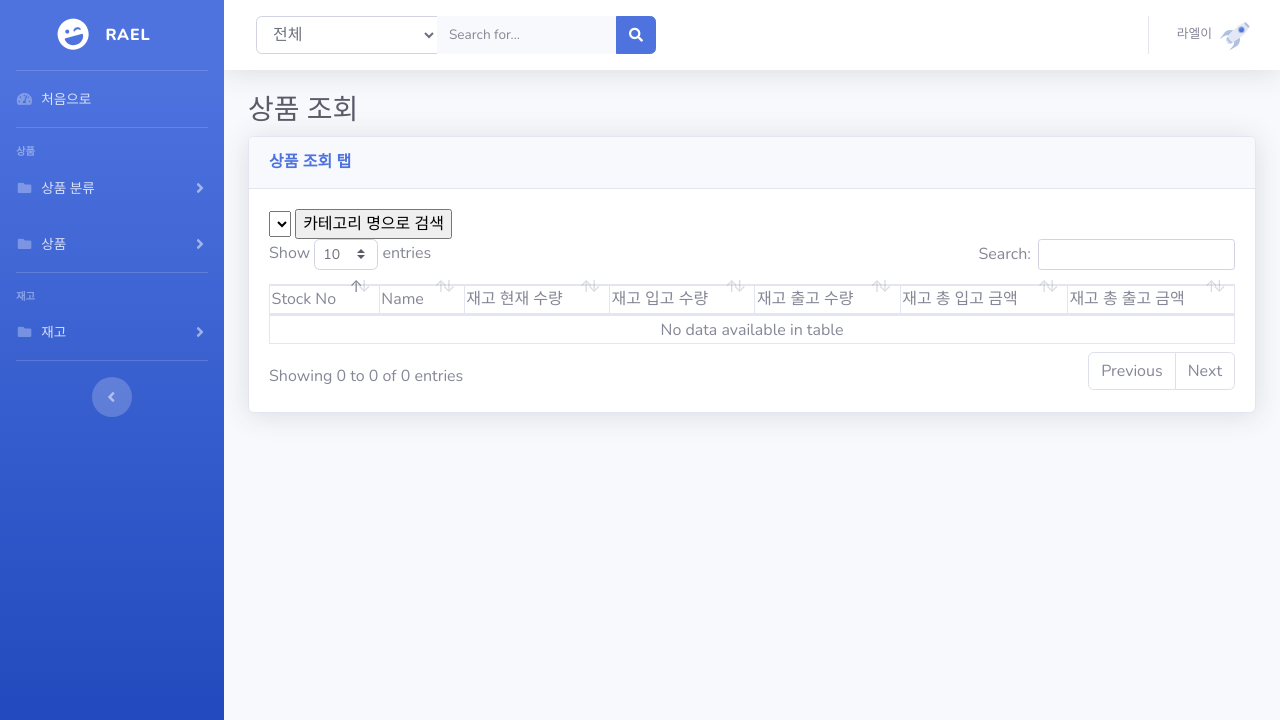
Repository: sww232/springRaelProject
Page: http://localhost/rael/WEB-INF/views/stock/stock_select.jsp
An editor plug-in stored every save of this project. The page is shown before and after the next save, followed by the edit.
The browser window is 1280 px wide. The pictures show the whole page.
The page is served by Tomcat 9. Nobody is signed in. The template is opened directly, without the code that normally fills it, so the values that code supplies are empty.

Above is the page before, as saved 2022-10-10 13:55:33.

After the next save:
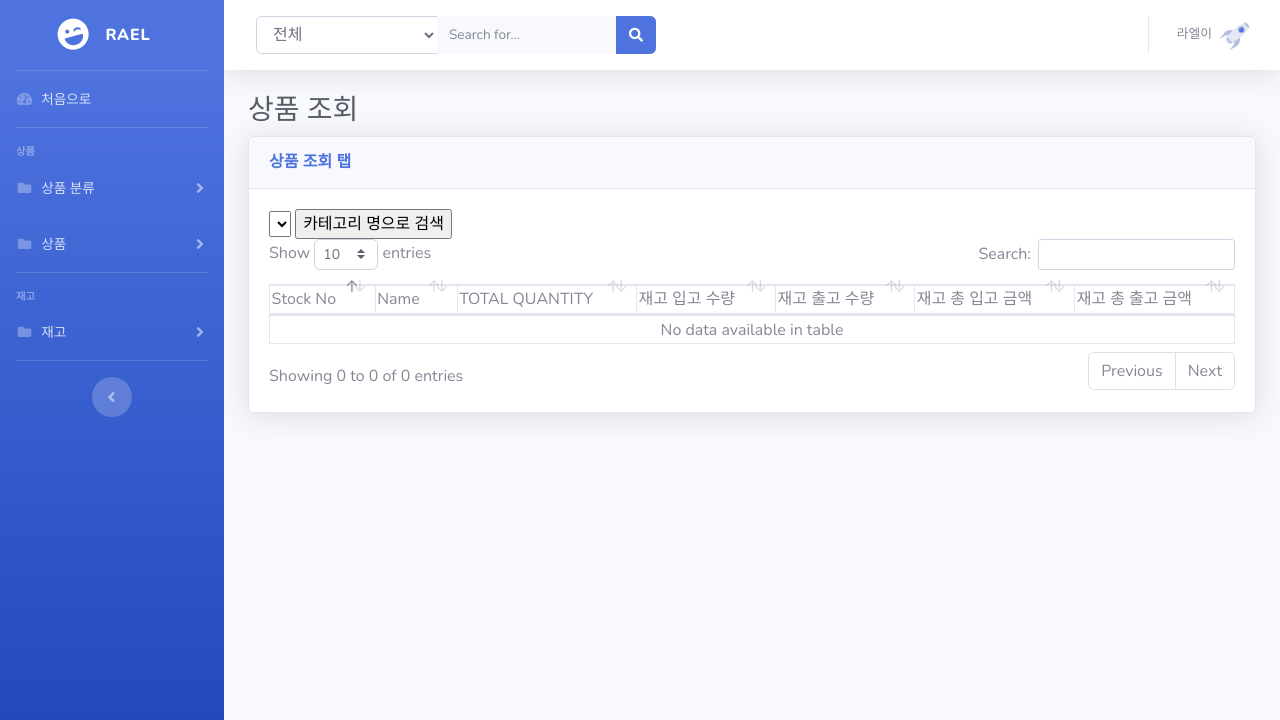
Saved 5 s later.
--- a/raelproject3/rael/src/main/webapp/WEB-INF/views/stock/stock_select.jsp
+++ b/raelproject3/rael/src/main/webapp/WEB-INF/views/stock/stock_select.jsp
@@ -291,7 +291,7 @@
 													<tr>
 														<td>Stock No</td>
 														<td>Name</td>
-														<td>재고 현재 수량</td>
+														<td>TOTAL QUANTITY</td>
 														<td>재고 입고 수량</td>
 														<td>재고 출고 수량</td>
 														<td>재고 총 입고 금액</td>
